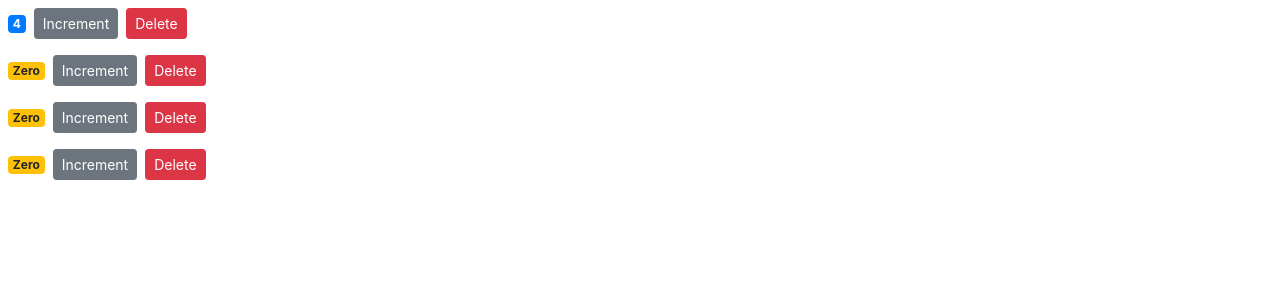
Repository: smk87/First-React-App
Page: /
An editor plug-in stored every save of this project. The page is shown before and after the next save, followed by the edit.
The browser window is 1280 px wide. The pictures show the whole page.
The project was rebuilt for these pictures with package versions that can differ from the ones it lists, and the page was loaded fresh each time. Also part of the build but not shown: src/App.css, src/App.js.

Above is the page before, as saved 2019-01-05 18:26:01.

After the next save:
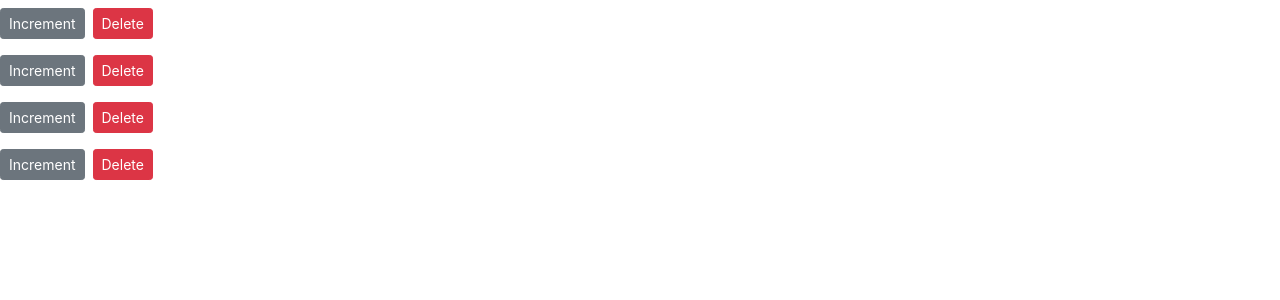
Saved 2 min 3 s later.
--- a/src/components/counters.jsx
+++ b/src/components/counters.jsx
@@ -23,8 +23,7 @@ class Counters extends Component {
           <Counter
             onDelete={this.handleDelete}
             key={counter.id}
-            value={counter.value}
-            id={counter.id}
+            counter={counter}
           />
         ))}
       </div>

After the 6 saves that followed:
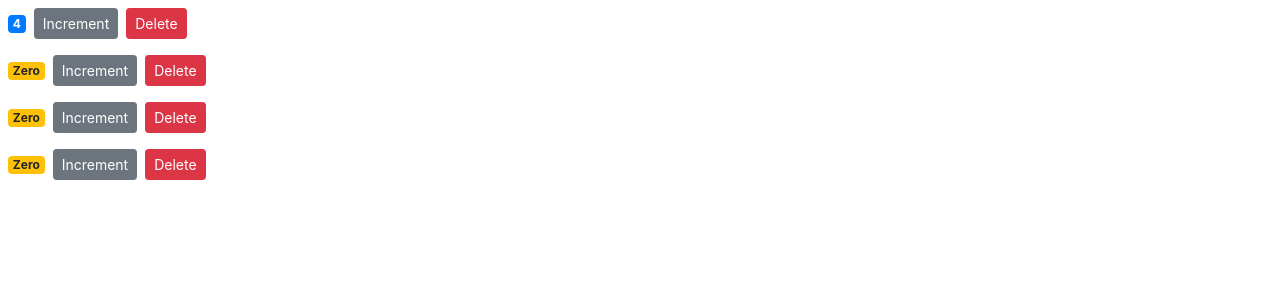
The 6 saves are shown as one change because 4 left the picture as it was and some came seconds apart.
The last was saved 2 min 19 s later.
--- a/src/components/counter.jsx
+++ b/src/components/counter.jsx
@@ -2,7 +2,7 @@ import React, { Component } from "react";
 
 class Counter extends Component {
   state = {
-    value: this.props.value,
+    value: this.props.counter.value,
     tags: []
   };
 
@@ -37,7 +37,7 @@ class Counter extends Component {
           Increment
         </button>
         <button
-          onClick={() => this.props.onDelete(this.props.id)}
+          onClick={() => this.props.onDelete(this.props.counter.id)}
           className="btn btn-danger btn-sm m-2"
         >
           Delete
